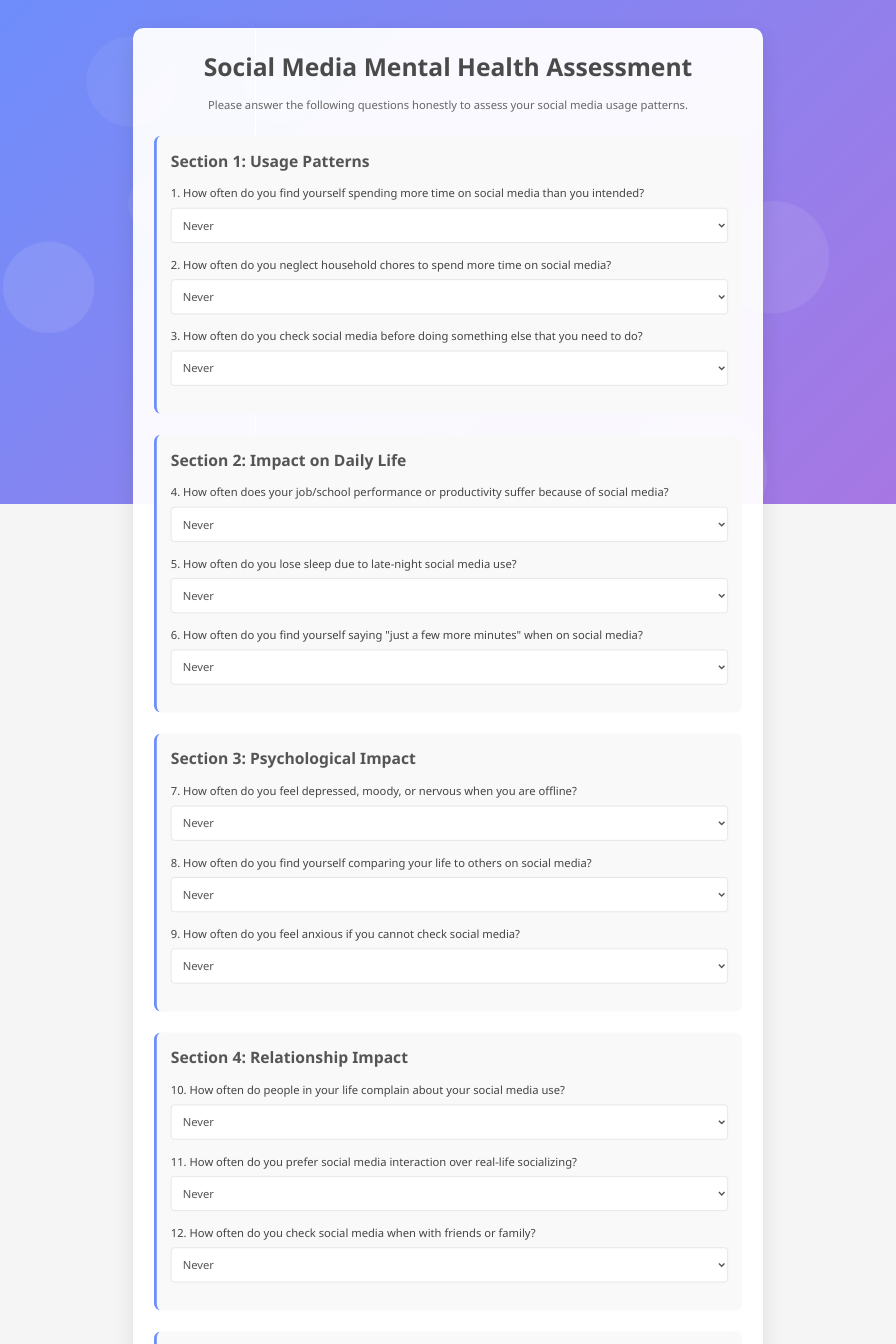
Repository: TasnimulIntazamAsif/Mental_Health_Prediction
Page: templates/index.html
The author's editor kept a copy of each file at every save. The page is drawn from the files as they stood at one save, then again after the next save.
The browser window is 1280 px wide. The pictures show the part of the page from y = 0 to 1920 px (the page is 2878 px tall), at 70% of full size.
The page is served by the project's application, run on Flask 3 (app.py). The template is opened directly, without the code that normally fills it, so the values that code supplies are empty.

Above is the page before, as saved 2025-05-07 18:49:00.

### templates/index.html
<!DOCTYPE html>
<html lang="en">
<head>
    <meta charset="UTF-8">
    <meta name="viewport" content="width=device-width, initial-scale=1.0">
    <title>Social Media Mental Health Assessment</title>
    <link rel="stylesheet" href="{{ url_for('static', filename='style.css') }}">
</head>
<body>
    <div class="animated-background">
        <div class="animated-box"></div>
        <div class="animated-box"></div>
        <div class="animated-box"></div>
        <div class="animated-box"></div>
        <div class="animated-box"></div>
    </div>

    <div class="container">
        <h1>Social Media Mental Health Assessment</h1>
        <p>Please answer the following questions honestly to assess your social media usage patterns.</p>

        <form action="/predict" method="post">
            <div class="form-section">
                <h2>Section 1: Usage Patterns</h2>

                <div class="question">
                    <label for="q1">1. How often do you find yourself spending more time on social media than you intended?</label>
                    <select id="q1" name="q1" required>
                        <option value="1">Never</option>
                        <option value="2">Rarely</option>
                        <option value="3">Sometimes</option>
                        <option value="4">Often</option>
                        <option value="5">Very Often</option>
                    </select>
                </div>

                <div class="question">
                    <label for="q2">2. How often do you neglect household chores to spend more time on social media?</label>
                    <select id="q2" name="q2" required>
                        <option value="1">Never</option>
                        <option value="2">Rarely</option>
                        <option value="3">Sometimes</option>
                        <option value="4">Often</option>
                        <option value="5">Very Often</option>
                    </select>
                </div>

                <div class="question">
                    <label for="q3">3. How often do you check social media before doing something else that you need to do?</label>
                    <select id="q3" name="q3" required>
                        <option value="1">Never</option>
                        <option value="2">Rarely</option>
                        <option value="3">Sometimes</option>
                        <option value="4">Often</option>
                        <option value="5">Very Often</option>
                    </select>
                </div>
            </div>

            <div class="form-section">
                <h2>Section 2: Impact on Daily Life</h2>

                <div class="question">
                    <label for="q4">4. How often does your job/school performance or productivity suffer because of social media?</label>
                    <select id="q4" name="q4" required>
                        <option value="1">Never</option>
                        <option value="2">Rarely</option>
                        <option value="3">Sometimes</option>
                        <option value="4">Often</option>
                        <option value="5">Very Often</option>
                    </select>
                </div>

                <div class="question">
                    <label for="q5">5. How often do you lose sleep due to late-night social media use?</label>
                    <select id="q5" name="q5" required>
                        <option value="1">Never</option>
                        <option value="2">Rarely</option>
                        <option value="3">Sometimes</option>
                        <option value="4">Often</option>
                        <option value="5">Very Often</option>
                    </select>
                </div>

                <div class="question">
                    <label for="q6">6. How often do you find yourself saying "just a few more minutes" when on social media?</label>
                    <select id="q6" name="q6" required>
                        <option value="1">Never</option>
                        <option value="2">Rarely</option>
                        <option value="3">Sometimes</option>
                        <option value="4">Often</option>
                        <option value="5">Very Often</option>
                    </select>
                </div>
            </div>

            <div class="form-section">
                <h2>Section 3: Psychological Impact</h2>

                <div class="question">
                    <label for="q7">7. How often do you feel depressed, moody, or nervous when you are offline?</label>
                    <select id="q7" name="q7" required>
                        <option value="1">Never</option>
                        <option value="2">Rarely</option>
                        <option value="3">Sometimes</option>
                        <option value="4">Often</option>
                        <option value="5">Very Often</option>
                    </select>
                </div>

                <div class="question">
                    <label for="q8">8. How often do you find yourself comparing your life to others on social media?</label>
                    <select id="q8" name="q8" required>
                        <option value="1">Never</option>
                        <option value="2">Rarely</option>
                        <option value="3">Sometimes</option>
                        <option value="4">Often</option>
                        <option value="5">Very Often</option>
                    </select>
                </div>

                <div class="question">
                    <label for="q9">9. How often do you feel anxious if you cannot check social media?</label>
                    <select id="q9" name="q9" required>
                        <option value="1">Never</option>
                        <option value="2">Rarely</option>
                        <option value="3">Sometimes</option>
                        <option value="4">Often</option>
                        <option value="5">Very Often</option>
                    </select>
                </div>
            </div>

            <div class="form-section">
                <h2>Section 4: Relationship Impact</h2>

                <div class="question">
                    <label for="q10">10. How often do people in your life complain about your social media use?</label>
                    <select id="q10" name="q10" required>
                        <option value="1">Never</option>
                        <option value="2">Rarely</option>
                        <option value="3">Sometimes</option>
                        <option value="4">Often</option>
                        <option value="5">Very Often</option>
                    </select>
                </div>

                <div class="question">
                    <label for="q11">11. How often do you prefer social media interaction over real-life socializing?</label>
                    <select id="q11" name="q11" required>
                        <option value="1">Never</option>
                        <option value="2">Rarely</option>
                        <option value="3">Sometimes</option>
                        <option value="4">Often</option>
                        <option value="5">Very Often</option>
                    </select>
                </div>

                <div class="question">
                    <label for="q12">12. How often do you check social media when with friends or family?</label>
                    <select id="q12" name="q12" required>
                        <option value="1">Never</option>
                        <option value="2">Rarely</option>
                        <option value="3">Sometimes</option>
                        <option value="4">Often</option>
                        <option value="5">Very Often</option>
                    </select>
                </div>
            </div>

            <div class="form-section">
                <h2>Section 5: Withdrawal Symptoms</h2>

                <div class="question">
                    <label for="q13">13. How often do you try to cut down on your social media use without success?</label>
                    <select id="q13" name="q13" required>
                        <option value="1">Never</option>
                        <option value="2">Rarely</option>
                        <option value="3">Sometimes</option>
                        <option value="4">Often</option>
                        <option value="5">Very Often</option>
                    </select>
                </div>

                <div class="question">
                    <label for="q14">14. How often do you feel restless when unable to use social media?</label>
                    <select id="q14" name="q14" required>
                        <option value="1">Never</option>
                        <option value="2">Rarely</option>
                        <option value="3">Sometimes</option>
                        <option value="4">Often</option>
                        <option value="5">Very Often</option>
                    </select>
                </div>

                <div class="question">
                    <label for="q15">15. How often do you find yourself thinking about what's happening on social media when offline?</label>
                    <select id="q15" name="q15" required>
                        <option value="1">Never</option>
                        <option value="2">Rarely</option>
                        <option value="3">Sometimes</option>
                        <option value="4">Often</option>
                        <option value="5">Very Often</option>
                    </select>
                </div>
            </div>

            <div class="form-section">
                <h2>Section 6: Final Questions</h2>

                <div class="question">
                    <label for="q16">16. How often do you use social media to escape from problems or negative feelings?</label>
                    <select id="q16" name="q16" required>
                        <option value="1">Never</option>
                        <option value="2">Rarely</option>
                        <option value="3">Sometimes</option>
                        <option value="4">Often</option>
                        <option value="5">Very Often</option>
                    </select>
                </div>

                <div class="question">
                    <label for="q17">17. How often has your social media use created problems in your life?</label>
                    <select id="q17" name="q17" required>
                        <option value="1">Never</option>
                        <option value="2">Rarely</option>
                        <option value="3">Sometimes</option>
                        <option value="4">Often</option>
                        <option value="5">Very Often</option>
                    </select>
                </div>

                <div class="question">
                    <label for="q18">18. How often do you feel the need to use social media more and more to get the same pleasure?</label>
                    <select id="q18" name="q18" required>
                        <option value="1">Never</option>
                        <option value="2">Rarely</option>
                        <option value="3">Sometimes</option>
                        <option value="4">Often</option>
                        <option value="5">Very Often</option>
                    </select>
                </div>
            </div>

            <div class="submit-container">
                <button type="submit" class="submit-btn">Get Assessment</button>
            </div>
        </form>
    </div>

    <script src="{{ url_for('static', filename='script.js') }}"></script>
</body>
</html>

### app.py
from flask import Flask, render_template, request, jsonify
import pandas as pd
import numpy as np
import joblib
import os
import pickle
import warnings

warnings.filterwarnings('ignore')
app = Flask(__name__)

# Load the model safely
try:
    model = joblib.load('model.joblib')
    print("Model loaded successfully using joblib")
except Exception as e:
    try:
        # Try loading with pickle as fallback
        with open('model.joblib', 'rb') as f:
            model = pickle.load(f)
        print("Model loaded successfully using pickle")
    except Exception as e:
        print(f"Error loading model: {e}")
        # Create a simple fallback model that always predicts 0 (not addicted)
        from sklearn.ensemble import RandomForestClassifier
        model = RandomForestClassifier()
        model.fit(np.random.rand(10, 18), np.random.randint(0, 2, 10))
        print("Warning: Using fallback model")

@app.route('/')
def home():
    return render_template('index.html')

@app.route('/predict', methods=['POST'])
def predict():
    try:
        # Get form data
        data = request.form.to_dict()

        # Extract features from form data
        features = []
        for i in range(1, 19):  # 18 questions
            features.append(int(data.get(f'q{i}', 0)))

        # Make prediction
        features_array = np.array(features).reshape(1, -1)

        # Try to predict with the model
        try:
            prediction = model.predict(features_array)[0]

            # Try to get prediction probabilities if available
            try:
                prob = model.predict_proba(features_array)[0]
                confidence = f"{max(prob) * 100:.2f}%"
            except:
                # If probabilities aren't available
                confidence = "Not available"

        except Exception as e:
            print(f"Prediction error: {e}")
            # Simple heuristic: if sum of scores > 54 (average of 3 per question), consider it addiction risk
            prediction = 1 if sum(features) > 54 else 0
            confidence = "Based on heuristic"

        # Determine mental health status based on prediction
        if prediction == 0:
            status = "Not Addicted to Social Media"
            advice = "You're maintaining a healthy relationship with social media."
        else:
            status = "Potentially Addicted to Social Media"
            advice = "You may want to consider reducing your social media usage and speaking with a professional."

        result = {
            'status': status,
            'advice': advice,
            'confidence': confidence
        }

        return render_template('result.html', result=result)

    except Exception as e:
        print(f"General error: {e}")
        return render_template('result.html', result={
            'status': 'Error in Assessment',
            'advice': 'There was an error processing your assessment. Please try again.',
            'confidence': 'N/A'
        })

if __name__ == '__main__':
    app.run(debug=True)

### static/style.css
/* Global Styles */
* {
    margin: 0;
    padding: 0;
    box-sizing: border-box;
    font-family: 'Segoe UI', Tahoma, Geneva, Verdana, sans-serif;
}

body {
    background-color: #f5f5f5;
    color: #333;
    min-height: 100vh;
    position: relative;
    overflow-x: hidden;
}

/* Animated Background */
.animated-background {
    position: fixed;
    top: 0;
    left: 0;
    width: 100%;
    height: 100%;
    z-index: -1;
    background: linear-gradient(135deg, #6e8efb, #a777e3);
    overflow: hidden;
}

.animated-box {
    position: absolute;
    background: rgba(255, 255, 255, 0.1);
    border-radius: 50%;
    animation: float 15s infinite ease-in-out;
}

.animated-box:nth-child(1) {
    top: 10%;
    left: 10%;
    width: 120px;
    height: 120px;
    animation-delay: 0s;
}

.animated-box:nth-child(2) {
    top: 70%;
    left: 20%;
    width: 180px;
    height: 180px;
    animation-delay: 2s;
}

.animated-box:nth-child(3) {
    top: 40%;
    left: 80%;
    width: 160px;
    height: 160px;
    animation-delay: 4s;
}

.animated-box:nth-child(4) {
    top: 80%;
    left: 70%;
    width: 200px;
    height: 200px;
    animation-delay: 6s;
}

.animated-box:nth-child(5) {
    top: 20%;
    left: 60%;
    width: 140px;
    height: 140px;
    animation-delay: 8s;
}

@keyframes float {
    0% {
        transform: translateY(0) rotate(0deg) scale(1);
        opacity: 0.8;
    }
    50% {
        transform: translateY(-20px) rotate(180deg) scale(1.1);
        opacity: 0.5;
    }
    100% {
        transform: translateY(0) rotate(360deg) scale(1);
        opacity: 0.8;
    }
}

/* Container Styles */
.container {
    max-width: 900px;
    margin: 40px auto;
    padding: 30px;
    background-color: rgba(255, 255, 255, 0.95);
    border-radius: 15px;
    box-shadow: 0 10px 30px rgba(0, 0, 0, 0.1);
}

h1 {
    text-align: center;
    margin-bottom: 20px;
    color: #4a4a4a;
    font-size: 2.2rem;
}

p {
    text-align: center;
    margin-bottom: 30px;
    color: #666;
    line-height: 1.6;
}

/* Form Styles */
.form-section {
    margin-bottom: 30px;
    padding: 20px;
    background-color: #f9f9f9;
    border-radius: 10px;
    border-left: 4px solid #6e8efb;
}

.form-section h2 {
    margin-bottom: 20px;
    color: #555;
    font-size: 1.4rem;
}

.question {
    margin-bottom: 20px;
}

.question label {
    display: block;
    margin-bottom: 10px;
    font-weight: 500;
    color: #444;
}

.question select {
    width: 100%;
    padding: 12px;
    border: 1px solid #ddd;
    border-radius: 5px;
    background-color: white;
    font-size: 1rem;
    color: #555;
    transition: border-color 0.3s;
}

.question select:focus {
    outline: none;
    border-color: #6e8efb;
    box-shadow: 0 0 0 2px rgba(110, 142, 251, 0.2);
}

.submit-container {
    text-align: center;
    margin-top: 30px;
}

.submit-btn {
    padding: 14px 30px;
    background: linear-gradient(135deg, #6e8efb, #a777e3);
    color: white;
    border: none;
    border-radius: 50px;
    font-size: 1.1rem;
    font-weight: 600;
    cursor: pointer;
    transition: transform 0.3s, box-shadow 0.3s;
}

.submit-btn:hover {
    transform: translateY(-3px);
    box-shadow: 0 10px 20px rgba(110, 142, 251, 0.3);
}

.submit-btn:active {
    transform: translateY(0);
}

/* Result Styles */
.result-container {
    text-align: center;
}

.result-card {
    background-color: white;
    border-radius: 10px;
    padding: 30px;
    margin: 30px 0;
    box-shadow: 0 5px 15px rgba(0, 0, 0, 0.05);
}

.result-status {
    margin-bottom: 25px;
    padding: 20px;
    border-radius: 10px;
}

.result-status-good {
    background-color: #e6f7e6;
    border-left: 5px solid #4caf50;
}

.result-status-warning {
    background-color: #fff4e5;
    border-left: 5px solid #ff9800;
}

.result-status-error {
    background-color: #fff1f0;
    border-left: 5px solid #f44336;
}

.result-status h2 {
    font-size: 1.8rem;
    margin-bottom: 10px;
    color: #333;
}

.confidence {
    font-size: 1rem;
    color: #666;
}

.result-details {
    text-align: left;
}

.result-details h3 {
    margin: 20px 0 10px;
    color: #444;
}

.result-details p {
    text-align: left;
    margin-bottom: 20px;
}

.recommendations ul {
    padding-left: 20px;
}

.recommendations li {
    margin-bottom: 10px;
    line-height: 1.6;
    color: #555;
}

.action-buttons {
    margin-top: 30px;
}

.btn-primary, .btn-secondary {
    display: inline-block;
    padding: 12px 25px;
    border-radius: 50px;
    font-weight: 600;
    text-decoration: none;
    margin: 0 10px;
    transition: transform 0.3s, box-shadow 0.3s;
}

.btn-primary {
    background: linear-gradient(135deg, #6e8efb, #a777e3);
    color: white;
}

.btn-secondary {
    background-color: #f5f5f5;
    color: #666;
    border: 1px solid #ddd;
}

.btn-primary:hover, .btn-secondary:hover {
    transform: translateY(-3px);
    box-shadow: 0 5px 15px rgba(0, 0, 0, 0.1);
}

/* Toast Notifications */
.toast-container {
    position: fixed;
    bottom: 30px;
    right: 30px;
    z-index: 1000;
}

.toast {
    background-color: rgba(51, 51, 51, 0.9);
    color: white;
    padding: 12px 25px;
    border-radius: 4px;
    margin-bottom: 10px;
    box-shadow: 0 4px 12px rgba(0, 0, 0, 0.15);
    font-weight: 500;
    transform: translateY(100px);
    opacity: 0;
    transition: transform 0.3s, opacity 0.3s;
}

.toast.show {
    transform: translateY(0);
    opacity: 1;
}

/* Form Validation */
select.error {
    border-color: #ff5252;
    box-shadow: 0 0 0 2px rgba(255, 82, 82, 0.2);
}

/* Responsive Design */
@media (max-width: 768px) {
    .container {
        margin: 20px;
        padding: 20px;
    }

    h1 {
        font-size: 1.8rem;
    }

    .form-section {
        padding: 15px;
    }

    .submit-btn {
        padding: 12px 25px;
    }
}

Loaded but not shown: static/script.js (104 lines, source omitted)

After the next save:
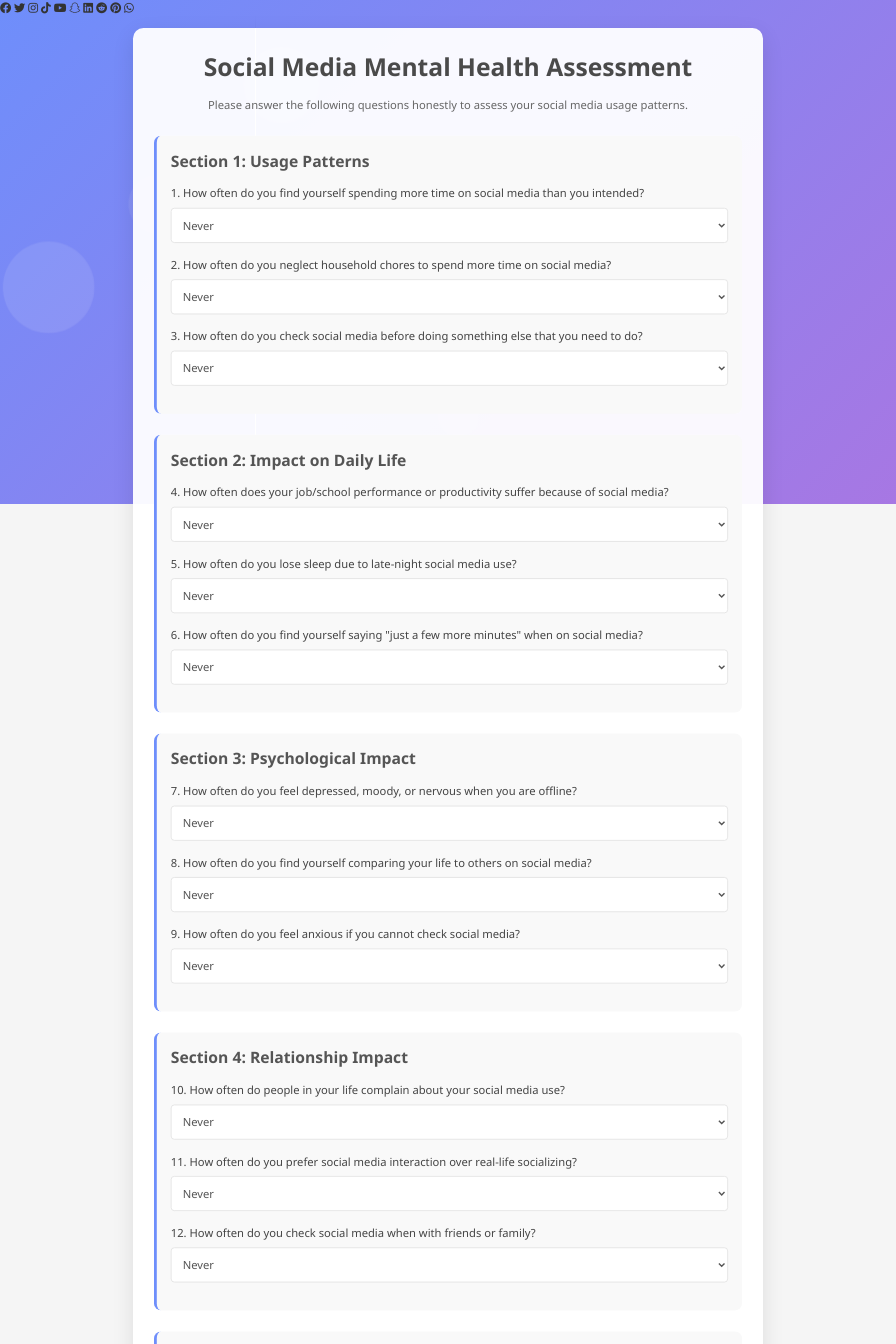
Saved 13 h 27 min later.
--- a/templates/index.html
+++ b/templates/index.html
@@ -5,14 +5,23 @@
     <meta name="viewport" content="width=device-width, initial-scale=1.0">
     <title>Social Media Mental Health Assessment</title>
     <link rel="stylesheet" href="{{ url_for('static', filename='style.css') }}">
+    <link rel="stylesheet" href="https://cdnjs.cloudflare.com/ajax/libs/font-awesome/6.4.0/css/all.min.css">
 </head>
 <body>
     <div class="animated-background">
-        <div class="animated-box"></div>
-        <div class="animated-box"></div>
-        <div class="animated-box"></div>
-        <div class="animated-box"></div>
-        <div class="animated-box"></div>
+        <div class="social-icons">
+            <i class="fab fa-facebook"></i>
+            <i class="fab fa-twitter"></i>
+            <i class="fab fa-instagram"></i>
+            <i class="fab fa-tiktok"></i>
+            <i class="fab fa-youtube"></i>
+            <i class="fab fa-snapchat"></i>
+            <i class="fab fa-linkedin"></i>
+            <i class="fab fa-reddit"></i>
+            <i class="fab fa-pinterest"></i>
+            <i class="fab fa-whatsapp"></i>
+        </div>
+        <div class="animated-waves"></div>
     </div>
 
     <div class="container">
@@ -243,7 +252,7 @@
             </div>
 
             <div class="submit-container">
-                <button type="submit" class="submit-btn">Get Assessment</button>
+                <button type="submit" class="submit-btn pulse-effect">Get Assessment</button>
             </div>
         </form>
     </div>
